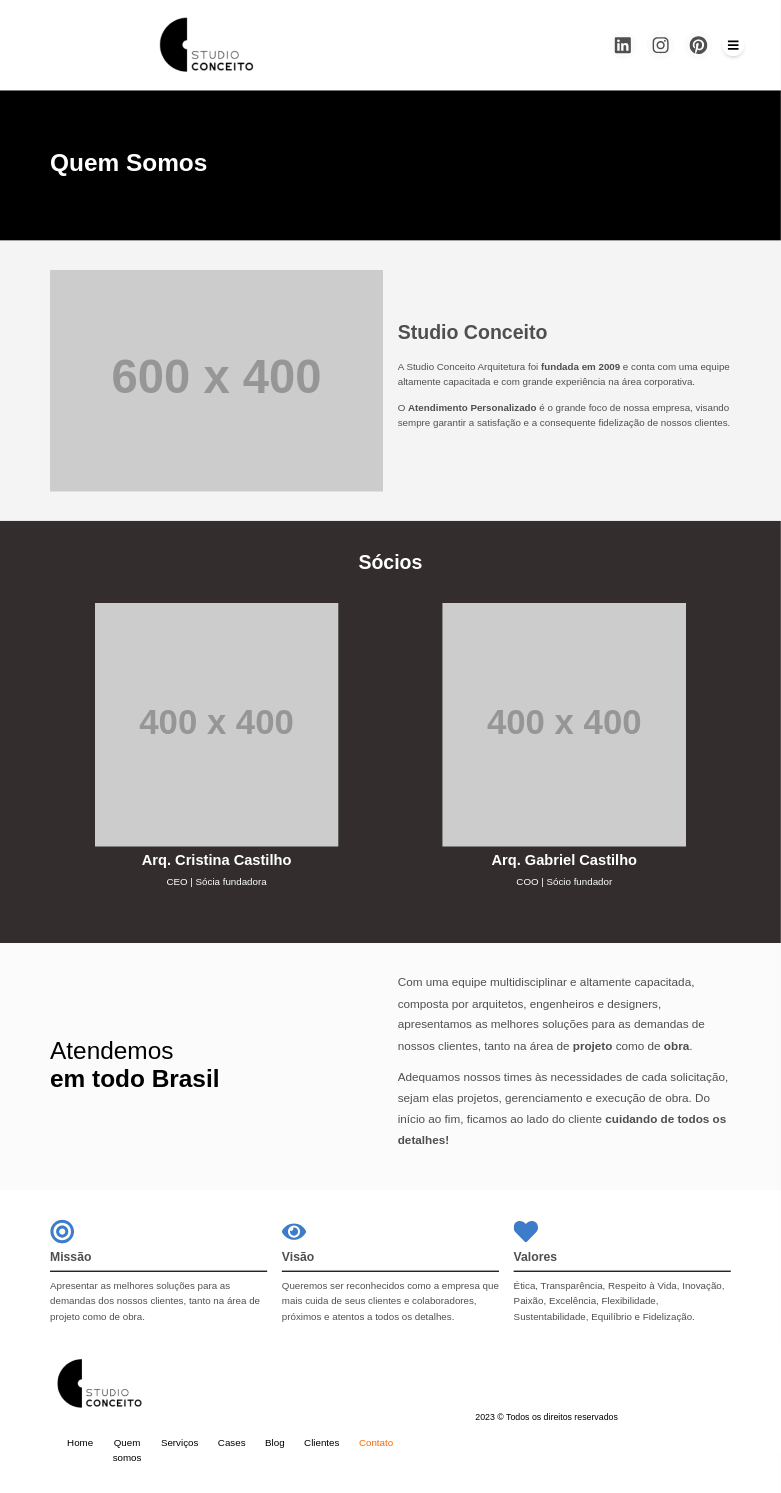
Repository: Upstairs-Agencia/studio-conceito-react
Page: /quem-somos
The author's editor kept a copy of each file at every save. The page is drawn from the files as they stood at one save, then again after the next save.
The browser window is 1280 px wide. The pictures show the whole page, at 61% of full size.
The project was rebuilt for these pictures with package versions that can differ from the ones it lists, and the page was loaded fresh each time. Also part of the build but not shown: src/pages/Home.js, src/pages/Servicos.js, src/styles/cases.css, src/pages/Cases.js, src/pages/Blog.js, src/pages/Clientes.js, src/pages/Contato.js.

Above is the page before, as saved 2024-12-29 12:03:48.

### public/index.html
<!DOCTYPE html>
<html lang="en">
  <head>
    <meta charset="utf-8" />
    <link rel="icon" href="%PUBLIC_URL%/favicon.ico" />
    <meta name="viewport" content="width=device-width, initial-scale=1" />
    <meta name="theme-color" content="#000000" />
    <meta
      name="description"
      content="Web site created using create-react-app"
    />
    <link rel="apple-touch-icon" href="%PUBLIC_URL%/logo192.png" />
    <!--
      manifest.json provides metadata used when your web app is installed on a
      user's mobile device or desktop. See https://developers.google.com/web/fundamentals/web-app-manifest/
    -->
    <link rel="manifest" href="%PUBLIC_URL%/manifest.json" />
    <!--
      Notice the use of %PUBLIC_URL% in the tags above.
      It will be replaced with the URL of the `public` folder during the build.
      Only files inside the `public` folder can be referenced from the HTML.

      Unlike "/favicon.ico" or "favicon.ico", "%PUBLIC_URL%/favicon.ico" will
      work correctly both with client-side routing and a non-root public URL.
      Learn how to configure a non-root public URL by running `npm run build`.
    -->
    <title>Studio Conceito</title>
  </head>
  <body>
    <noscript>You need to enable JavaScript to run this app.</noscript>
    <div id="root"></div>
    <!--
      This HTML file is a template.
      If you open it directly in the browser, you will see an empty page.

      You can add webfonts, meta tags, or analytics to this file.
      The build step will place the bundled scripts into the <body> tag.

      To begin the development, run `npm start` or `yarn start`.
      To create a production bundle, use `npm run build` or `yarn build`.
    -->
  </body>
</html>

### src/index.js

import React from 'react';
import ReactDOM from 'react-dom';
import App from './App';
import 'mdb-react-ui-kit/dist/css/mdb.min.css'; // MDB styles
import './index.css'; // Global styles

ReactDOM.render(
  <React.StrictMode>
    <App />
  </React.StrictMode>,
  document.getElementById('root')
);

### src/App.js

import React from 'react';
import { BrowserRouter as Router, Routes, Route } from 'react-router-dom';
import Home from './pages/Home';
import QuemSomos from './pages/QuemSomos';
import Servicos from './pages/Servicos';
import Cases from './pages/Cases';
import Blog from './pages/Blog';
import Clientes from './pages/Clientes';
import Contato from './pages/Contato';

function App() {
  return (
    <Router>
      <Routes>
        <Route path="/" element={<Home />} />
        <Route path="/quem-somos" element={<QuemSomos />} />
        <Route path="/servicos" element={<Servicos />} />
        <Route path="/cases" element={<Cases />} />
        <Route path="/blog" element={<Blog />} />
        <Route path="/clientes" element={<Clientes />} />
        <Route path="/contato" element={<Contato />} />
      </Routes>
    </Router>
  );
}

export default App;

### src/index.css

body {
  margin: 0;
  font-family: Arial, sans-serif;
  background-color: #f4f4f4;
}

### src/pages/QuemSomos.js
import React from "react";
import Navbar from "../components/navbar"; // Importando o componente Navbar
import { MDBContainer, MDBRow, MDBCol } from "mdb-react-ui-kit";
import { FaBullseye, FaEye, FaHeart } from "react-icons/fa";

import Footer from "../components/footer";
import "../styles/quemsomos.css";

export default function QuemSomos() {
  return (
    <>
      {/* Navbar */}
      <Navbar />

      {/* Seção de cabeçalho do quem somos*/}
      <section className="bg-black text-white py-5">
        <MDBContainer>
          <MDBRow className="align-items-center" style={{ height: "150px" }}>
            <MDBCol md="6">
              <h1 className="fw-bold">Quem Somos</h1>
            </MDBCol>
          </MDBRow>
        </MDBContainer>
      </section>

      {/* Quem Somos Section */}
      <section className="py-5">
        <MDBContainer>
          <MDBRow className="align-items-center">
            <MDBCol md="6">
              <img
                src="https://via.placeholder.com/600x400"
                alt="Studio Conceito"
                className="img-fluid"
              />
            </MDBCol>
            <MDBCol md="6">
              <h2 className="fw-bold mb-4">Studio Conceito</h2>
              <p>
                A Studio Conceito Arquitetura foi{" "}
                <strong>fundada em 2009</strong> e conta com uma equipe
                altamente capacitada e com grande experiência na área
                corporativa.
              </p>
              <p>
                O <strong>Atendimento Personalizado</strong> é o grande foco de
                nossa empresa, visando sempre garantir a satisfação e a
                consequente fidelização de nossos clientes.
              </p>
            </MDBCol>
          </MDBRow>
        </MDBContainer>
      </section>

      {/* Sócios Section */}
      <section className="py-5 bg-dark text-white">
        <MDBContainer>
          <h2 className="text-center fw-bold mb-5">Sócios</h2>
          <MDBRow className="text-center">
            <MDBCol md="6" className="mb-4">
              <div className="team-member">
                <img
                  src="https://via.placeholder.com/400x400"
                  alt="Arq. Cristina Castilho"
                  className="img-fluid mb-2"
                />
                <h4 className="fw-bold">Arq. Cristina Castilho</h4>
                <p>CEO | Sócia fundadora</p>
              </div>
            </MDBCol>
            <MDBCol md="6" className="mb-4">
              <div className="team-member">
                <img
                  src="https://via.placeholder.com/400x400"
                  alt="Arq. Gabriel Castilho"
                  className="img-fluid mb-2"
                />
                <h4 className="fw-bold">Arq. Gabriel Castilho</h4>
                <p>COO | Sócio fundador</p>
              </div>
            </MDBCol>
          </MDBRow>
        </MDBContainer>
      </section>

      {/* Atendemos em todo Brasil Section */}
      <section className="py-5 bg-light">
        <MDBContainer>
          <MDBRow className="align-items-center">
            <MDBCol md="6" className="title-container">
              <h1 className="atendemos-title">Atendemos</h1>
              <h1 className="brasil-title">em todo Brasil</h1>
            </MDBCol>
            <MDBCol md="6">
              <p className="text-large">
                Com uma equipe multidisciplinar e altamente capacitada, composta
                por arquitetos, engenheiros e designers, apresentamos as
                melhores soluções para as demandas de nossos clientes, tanto na
                área de <span className="fw-bold">projeto</span> como de{" "}
                <span className="fw-bold">obra</span>.
              </p>
              <p className="text-large">
                Adequamos nossos times às necessidades de cada solicitação,
                sejam elas projetos, gerenciamento e execução de obra. Do início
                ao fim, ficamos ao lado do cliente{" "}
                <span className="fw-bold">cuidando de todos os detalhes!</span>
              </p>
            </MDBCol>
          </MDBRow>
        </MDBContainer>
      </section>

      {/* Missão, Visão e Valores Section */}
      <section className="py-5 bg-white">
        <MDBContainer>
          <MDBRow className="text-center mission-row">
            <MDBCol md="4" className="mission-col">
              <div className="icon-container">
                <FaBullseye size={40} color="#3d7cc9" />
              </div>
              <h5 className="fw-bold">Missão</h5>
              <div className="divider"></div>
              <p>
                Apresentar as melhores soluções para as demandas dos nossos
                clientes, tanto na área de projeto como de obra.
              </p>
            </MDBCol>
            <MDBCol md="4" className="mission-col">
              <div className="icon-container">
                <FaEye size={40} color="#3d7cc9" />
              </div>
              <h5 className="fw-bold">Visão</h5>
              <div className="divider"></div>
              <p>
                Queremos ser reconhecidos como a empresa que mais cuida de seus
                clientes e colaboradores, próximos e atentos a todos os
                detalhes.
              </p>
            </MDBCol>
            <MDBCol md="4" className="mission-col">
              <div className="icon-container">
                <FaHeart size={40} color="#3d7cc9" />
              </div>
              <h5 className="fw-bold">Valores</h5>
              <div className="divider"></div>
              <p>
                Ética, Transparência, Respeito à Vida, Inovação, Paixão,
                Excelência, Flexibilidade, Sustentabilidade, Equilíbrio e
                Fidelização.
              </p>
            </MDBCol>
          </MDBRow>
        </MDBContainer>

        <Footer />
      </section>
    </>
  );
}

### src/components/navbar.js
import React, { useState } from "react";

import Logo from "../images/logoBlack.png";

import {
  MDBNavbar,
  MDBNavbarBrand,
  MDBContainer,
} from "mdb-react-ui-kit";
import { FaLinkedin, FaInstagram, FaPinterest, FaBars } from "react-icons/fa";
import { IoIosClose } from "react-icons/io";
import { Link } from "react-router-dom";

import SeloGptw from "../images/selo-gptw.png";

const Navbar = () => {
  const [showMenu, setShowMenu] = useState(false);

  return (
    <>
      {/* Navbar */}
      <MDBNavbar dark bgColor="white" className="py-4 px-5">
        <MDBContainer fluid className="d-flex justify-content-between align-items-center">
          {/* Logo */}
          <MDBNavbarBrand href="#" className="ms-5">
            <img
              src={Logo}
              alt="Logo"
              style={{ maxHeight: "90px", marginLeft: "12vw"}}
            />
          </MDBNavbarBrand>

          {/* Social Icons and Menu Toggle */}
          <div className="d-flex align-items-center">
            {/* Social Icons */}
            <div className="d-flex gap-3 me-3">
              <button className="btn btn-light rounded-circle p-2">
                <FaLinkedin size={30} />
              </button>
              <button className="btn btn-light rounded-circle p-2">
                <FaInstagram size={30} />
              </button>
              <button className="btn btn-light rounded-circle p-2">
                <FaPinterest size={30} />
              </button>
            </div>

            {/* FaBars Icon for Sidebar */}
            <button
              className="btn rounded-circle p-2"
              style={{
                background: "none",
                border: "none",
                cursor: "pointer",
              }}
              onClick={() => setShowMenu(!showMenu)}
            >
              <FaBars size={20} color="black" />
            </button>
          </div>
        </MDBContainer>
      </MDBNavbar>

      {/* Sidebar Menu */}
      {showMenu && (
        <div
          className="position-fixed top-0 end-0 bg-white vh-100 vw-350 shadow-lg d-flex flex-column"
          style={{ zIndex: 1050, width: "500px" }}
        >
          <div className="d-flex justify-content-end p-3">
            {/* Close Button */}
            <button
              className="p-0"
              style={{
                background: "none",
                border: "none",
                cursor: "pointer",
              }}
              onClick={() => setShowMenu(false)}
            >
              <IoIosClose size={40} />
            </button>
          </div>





          <div className="p-4 flex-grow-1">
            {/* Menu Items */}
            <ul className="list-unstyled">
              {[
                { label: "Home", link: "/" },
                { label: "Quem somos", link: "/quem-somos" },
                { label: "Serviços", link: "/servicos" },
                { label: "Cases", link: "/cases" },
                { label: "Blog", link: "/blog" },
                { label: "Clientes", link: "/clientes" },
                { label: "Contato", link: "/contato" },
              ].map((item, index) => (
                <li key={index} className="py-2">
                  <Link
                    to={item.link}
                    className="text-decoration-none fs-6"
                    style={{
                      transition: "all 0.3s ease-in-out", // Transição suave
                      color:"black"
                    }}
                    onMouseOver={(e) => {
                      e.currentTarget.style.color = "#FF7F30"; // Altera a cor
                      e.currentTarget.style.fontWeight = "bold"; // Negrito
                    }}
                    onMouseOut={(e) => {
                      e.currentTarget.style.color = "black"; // Retorna à cor original
                      e.currentTarget.style.fontWeight = "normal"; // Retira o negrito
                    }}
                  >
                    {item.label}
                  </Link>
                </li>
              ))}
            </ul>
          </div>



          {/* Footer Section */}
          <div className="d-flex justify-content-between align-items-center px-4 pb-4">
            {/* Social Icons */}
            <div className="d-flex gap-3">
              <button className="btn btn-dark rounded-circle p-2">
                <FaLinkedin size={20} color="white" />
              </button>
              <button className="btn btn-dark rounded-circle p-2">
                <FaInstagram size={20} color="white" />
              </button>
              <button className="btn btn-dark rounded-circle p-2">
                <FaPinterest size={20} color="white" />
              </button>
            </div>

            {/* Placeholder Image */}
            <img
              src={SeloGptw}
              alt="Great Place to Work"
              style={{ maxHeight: "200px", marginBottom: "4rem" }}
            />
          </div>
        </div>
      )}
    </>
  );
};

export default Navbar;

### src/components/footer.js
import React from "react";
import { MDBFooter, MDBContainer, MDBRow, MDBCol } from "mdb-react-ui-kit";
import Logo from "../images/logoBlack.png";
import "../styles/footer.css";

const Footer = () => {
  return (
    <MDBFooter className="footer-container text-center text-white">
      <MDBContainer className="p-4 footer-content">

        <MDBRow className="content-signature">
            {/* Logo e Nome */}
            <MDBCol md="4" className="mb-4 footer-left">
                <img
                    src={Logo}
                    alt="Studio Conceito Logo"
                    className="footer-logo"
                />

                {/* Navegação */}
                <MDBCol md="4" className="mb-3 footer-center">
                    <nav className="footer-nav">
                        <a href="/">Home</a>
                        <a href="/quem-somos"> Quem somos </a>
                        <a href="/servicos">Serviços</a>
                        <a href="/cases">Cases</a>
                        <a href="/blog">Blog</a>
                        <a href="/clientes">Clientes</a>
                        <a href="/contato" className="footerHighlight">
                            Contato
                        </a>
                    </nav>
                </MDBCol>

            </MDBCol>

            {/* Direitos Reservados */}
            <MDBCol md="4" className="mb-4 footer-right">
                <p className="mb-0">2023 &copy; Todos os direitos reservados</p>
            </MDBCol>

        </MDBRow>



      </MDBContainer>
    </MDBFooter>
  );
};

export default Footer;

### src/styles/quemsomos.css
/* Título: Atendemos em todo Brasil */
.title-container {
    text-align: left;
  }

  .atendemos-title {
    font-size: 2.5rem;
    font-weight: normal;
    color: #000;
  }

  .brasil-title {
    font-size: 2.5rem;
    font-weight: bold;
    color: #000;
    margin-top: -10px; /* Para aproximar os textos */
  }

  /* Texto em letras maiores */
  .text-large {
    font-size: 1.2rem;
    line-height: 1.8;
    text-align: left;
  }

  /* Missão, Visão e Valores */
  .mission-row {
    justify-content: space-between;
  }

  .mission-col {
    text-align: left;
    max-width: 400px;
  }

  .icon-container {
    margin-bottom: 10px;
  }

  .divider {
    width: 100%;
    height: 2px;
    background-color: #000;
    margin: 10px auto;
  }

  /* Responsividade */
  @media (max-width: 768px) {
    .atendemos-title,
    .brasil-title {
      font-size: 2rem;
    }

    .text-large {
      font-size: 1rem;
    }

    .mission-col {
      max-width: 100%;
    }
  }

### src/styles/footer.css
.footer-container {
    background-color: white;
    height: 25vh !important; /* Ocupa 30% da altura da tela */
    display: flex;
    justify-content: center;
    align-items: center;
    color: black;
    font-family: Arial, sans-serif;
    margin: 1rem 0;
  }

  .footer-content {
    height: 100%; /* Garante que o conteúdo ocupe toda a altura do footer */
  }

  .content-signature{
    display: flex;
    flex-direction: row;
  }

  .footer-left {
    display: flex;
    flex-direction: column;
  }

  .footer-logo {
    max-width: 40%; /* Aumenta a imagem para 40% de seu tamanho */
    margin-bottom: 10px;
  }


  .footer-center {
    text-align: center;
    margin: 2rem 0;
  }

  .footer-nav{
    display: flex;
    flex-direction: row;
    justify-content: space-around;
    width:35vw;

  }

  .footerHighlight {
    color: #ff6600 !important;
  }

  .footer-nav a {
    margin: 1px 1rem;
    text-decoration: none;
    color: #000;
    font-size: 1rem;
    transition: color 0.3s ease;
  }

  .footer-nav a:hover {
    color: #ff6600;
  }



  .footer-right {
    text-align: center;
    display: flex;
    justify-content: center;
    align-items: center;
    margin-left: 20vw;
    font-size: 0.9rem;
    color: #000;
  }

After the next save:
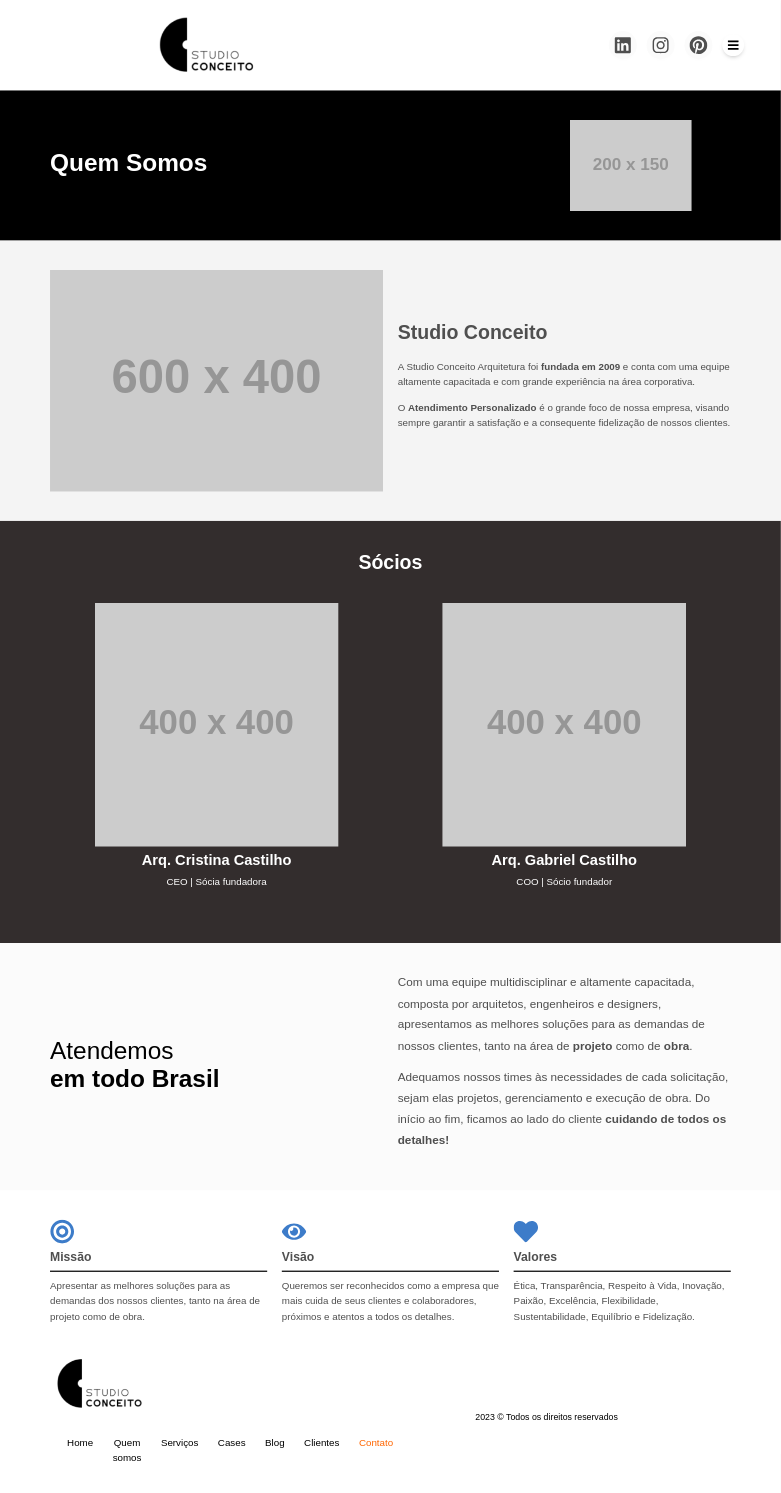
Saved 33 s later.
--- a/src/pages/QuemSomos.js
+++ b/src/pages/QuemSomos.js
@@ -12,12 +12,19 @@ export default function QuemSomos() {
       {/* Navbar */}
       <Navbar />
 
-      {/* Seção de cabeçalho do quem somos*/}
+      {/* Seção de cabeçalho do quem somos */}
       <section className="bg-black text-white py-5">
         <MDBContainer>
-          <MDBRow className="align-items-center" style={{ height: "150px" }}>
+          <MDBRow className="align-items-center">
             <MDBCol md="6">
               <h1 className="fw-bold">Quem Somos</h1>
+            </MDBCol>
+            <MDBCol md="6" className="text-end">
+              <img
+                src="https://placehold.co/200x150" // Imagem maior para seguir o padrão original
+                alt="Padrão gráfico"
+                style={{ maxWidth: "200px", marginRight: "4rem" }}
+              />
             </MDBCol>
           </MDBRow>
         </MDBContainer>
